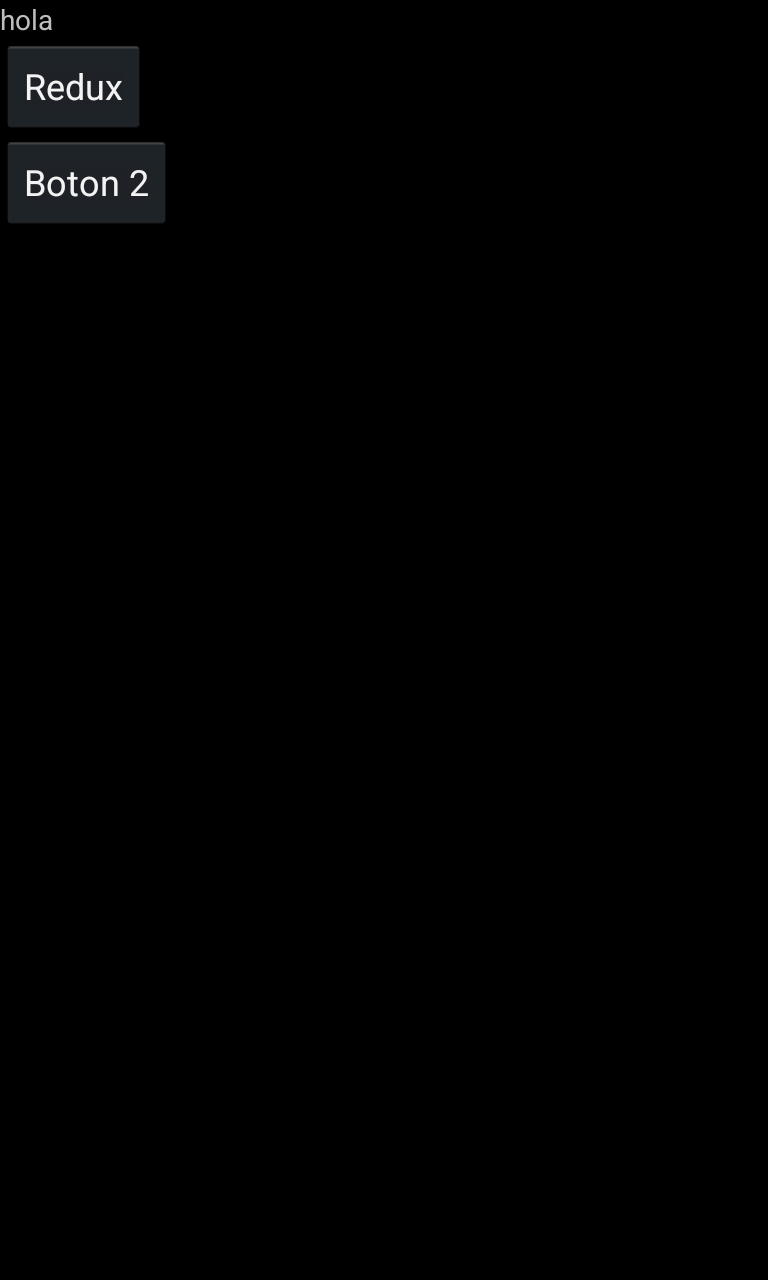
Repository: dorisserruto/un_exercises
Layout: javaandroid/Recursos/workspace-profe/lab12_nowRedux/res/layout/main.xml
The author's editor kept a copy of each file at every save. The layout is drawn from the files as they stood at one save, then again after the next save.
It is drawn on a 768 x 1280 px phone screen (xhdpi) without system bars, with theme android:Theme.Holo; the app's code is not run.

Above is the layout before, as saved 2012-06-24 15:07:46.

After the next save:
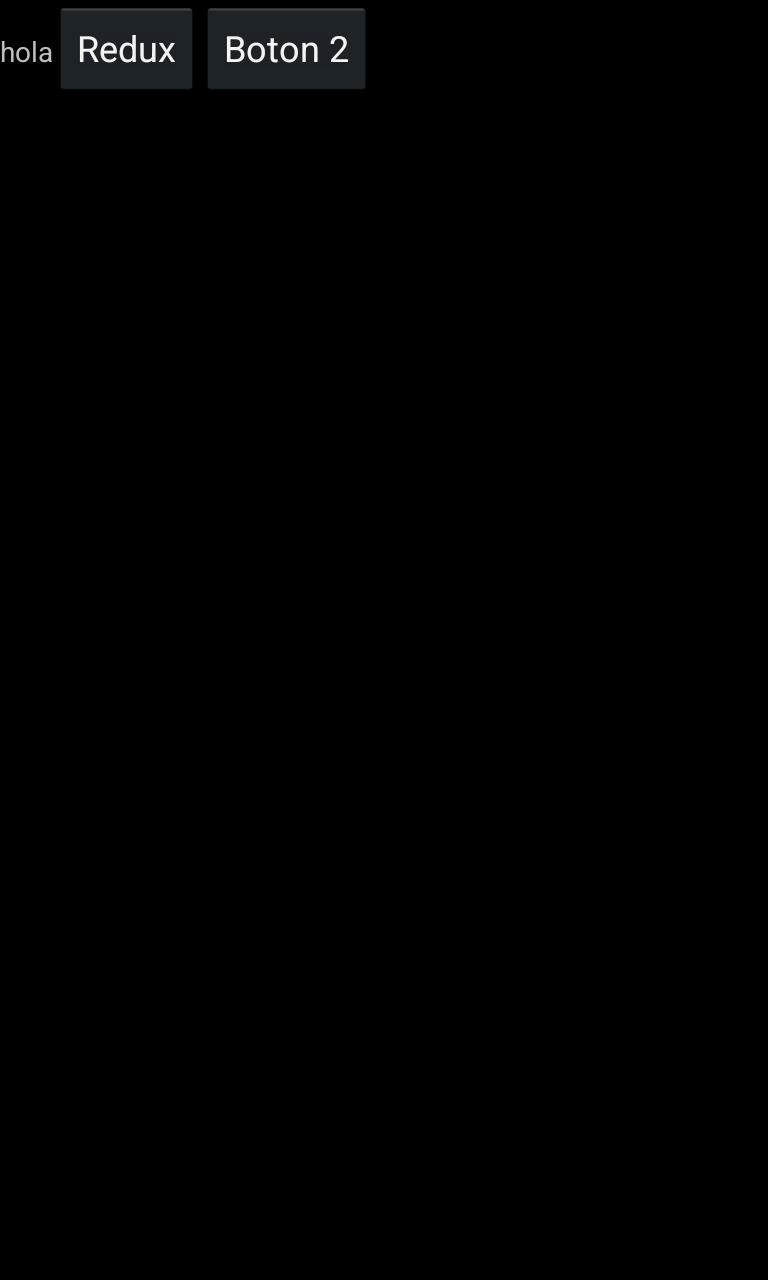
Saved 29 s later.
--- a/javaandroid/Recursos/workspace-profe/lab12_nowRedux/res/layout/main.xml
+++ b/javaandroid/Recursos/workspace-profe/lab12_nowRedux/res/layout/main.xml
@@ -2,7 +2,7 @@
 <LinearLayout xmlns:android="http://schemas.android.com/apk/res/android"
     android:layout_width="fill_parent"
     android:layout_height="fill_parent"
-    android:orientation="vertical">"
+    android:orientation="horizontal">
 
     <TextView
         android:layout_width="wrap_content"
